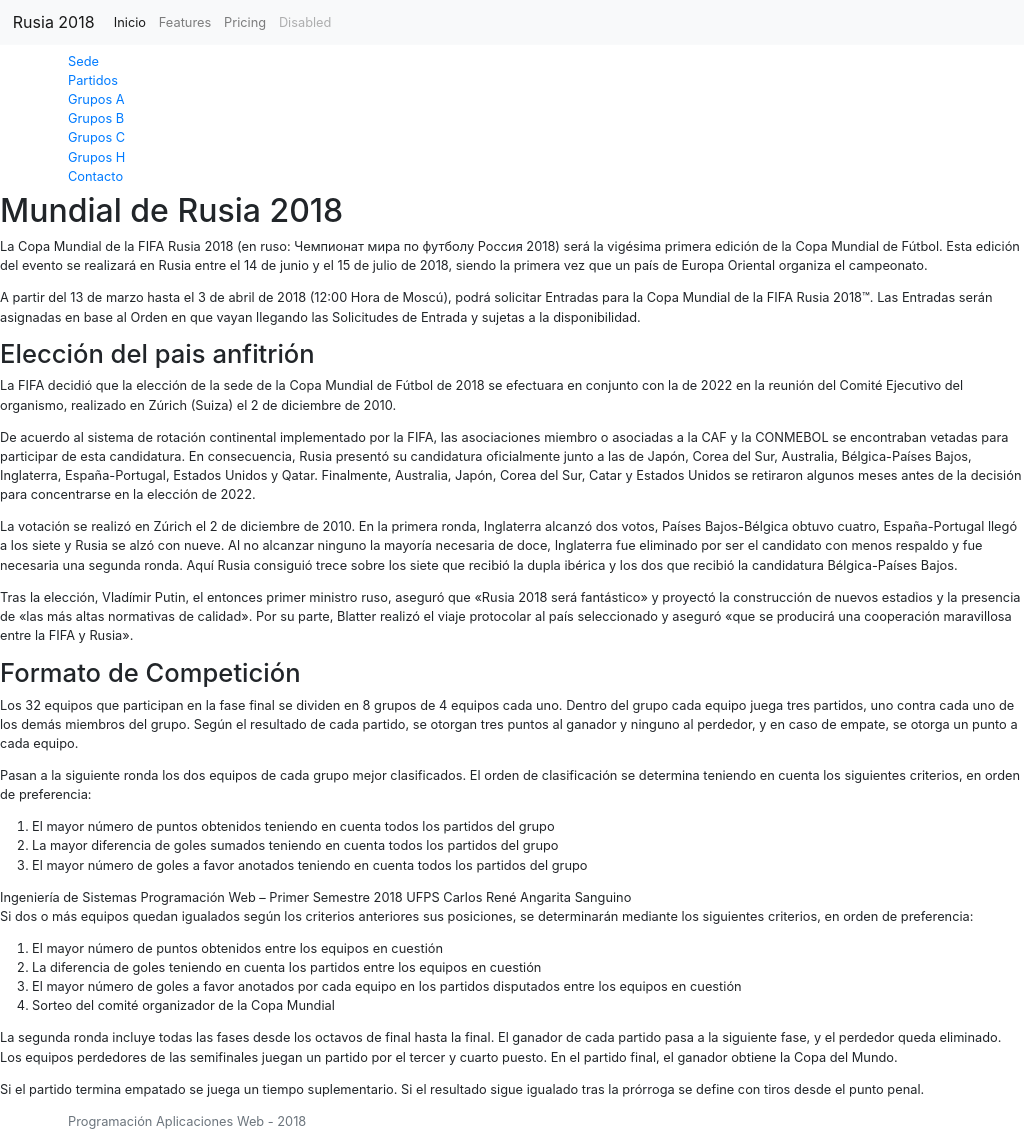
Repository: AndreyRi13/PracticaBootstrap
Page: index.html
These files come from the project's save history. The page is drawn as it stood at one moment and after a run of saves; the edit follows.
The browser window is 1280 px wide. The pictures show the whole page, at 80% of full size.

Above is the page before, as saved 2020-09-24 16:31:52.
Console error (its wording comes from the project's code and is left out).

### index.html
<!DOCTYPE html>
<html lang="en">
<head>
    <meta charset="UTF-8">
    <meta name="viewport" content="width=device-width, initial-scale=1.0">
    <link rel="stylesheet" href="https://stackpath.bootstrapcdn.com/bootstrap/4.5.2/css/bootstrap.min.css" integrity="sha384-JcKb8q3iqJ61gNV9KGb8thSsNjpSL0n8PARn9HuZOnIxN0hoP+VmmDGMN5t9UJ0Z" crossorigin="anonymous">
   <link rel="stylesheet" href="https://stackpath.bootstrapcdn.com/bootstrap/4.5.2/css/bootstrap.min.css" integrity="sha384-JcKb8q3iqJ61gNV9KGb8thSsNjpSL0n8PARn9HuZOnIxN0hoP+VmmDGMN5t9UJ0Z" crossorigin="anonymous">
   <link rel="stylesheet" href="https://stackpath.bootstrapcdn.com/bootstrap/4.5.2/css/bootstrap.min.css" integrity="sha384-JcKb8q3iqJ61gNV9KGb8thSsNjpSL0n8PARn9HuZOnIxN0hoP+VmmDGMN5t9UJ0Z" crossorigin="anonymous">
   <script src="https://stackpath.bootstrapcdn.com/bootstrap/4.5.2/js/bootstrap.min.js" integrity="sha384-B4gt1jrGC7Jh4AgTPSdUtOBvfO8shuf57BaghqFfPlYxofvL8/KUEfYiJOMMV+rV" crossorigin="anonymous"></script>
   <script src="https://code.jquery.com/jquery-3.5.1.slim.min.js" integrity="sha384-DfXdz2htPH0lsSSs5nCTpuj/zy4C+OGpamoFVy38MVBnE+IbbVYUew+OrCXaRkfj" crossorigin="anonymous"></script>
<script src="https://cdn.jsdelivr.net/npm/popper.js@1.16.1/dist/umd/popper.min.js" integrity="sha384-9/reFTGAW83EW2RDu2S0VKaIzap3H66lZH81PoYlFhbGU+6BZp6G7niu735Sk7lN" crossorigin="anonymous"></script>

<script src="https://ajax.googleapis.com/ajax/libs/jquery/1.12.4/jquery.min.js"></script>
<title>Practica Bootstrap</title>
</head>
<body>

    <nav class="navbar navbar-expand-lg navbar-light bg-light">
        <a class="navbar-brand" href="#">Rusia 2018</a>
        <button class="navbar-toggler" type="button" data-toggle="collapse" data-target="#navbarNav" aria-controls="navbarNav" aria-expanded="false" aria-label="Toggle navigation">
          <span class="navbar-toggler-icon"></span>
        </button>
        <div class="collapse navbar-collapse" id="navbarNav">
          <ul class="navbar-nav">
            <li class="nav-item active">
              <a class="nav-link" href="#">Inicio <span class="sr-only">(current)</span></a>
            </li>
            <li class="nav-item">
              <a class="nav-link" href="#">Features</a>
            </li>
            <li class="nav-item">
              <a class="nav-link" href="#">Pricing</a>
            </li>
            <li class="nav-item">
              <a class="nav-link disabled" href="#" tabindex="-1" aria-disabled="true">Disabled</a>
            </li>
          </ul>
        </div>
      </nav>

    <nav class="navbar navbar-default">
        <div class="container">
        <div class="navbar-header">
    <ul class="nav navbar-nav">


        <li class="activate"><a href="#"></a></li>
        <li ><a href="#">Sede</a></li>
        <li ><a href="#">Partidos</a></li>
        <li ><a href="#">Grupos A</a></li>
        <li ><a href="#">Grupos B</a></li>
        <li ><a href="#">Grupos C</a></li>
        <li ><a href="#" class="">Grupos H</a>

            <ul class="dropdown-menu">
                <li><a href="#">Polonia</a></li>
                <li><a href="#">Senegal</a></li>
                <li><a href="#">Colombia</a></li>
                <li><a href="#">Japon</a></li>

            </ul>
        </li>

        <li ><a href="#">Contacto</a></li>
        </ul>
    </ul>
        </div>
        </div>
        </nav>
        <script src="https://ajax.googleapis.com/ajax/libs/jquery/1.12.4/jquery.min.js"></script>

        <div class="page-header">
        <h1>Mundial de Rusia 2018</h1>
        </div>

        <div>
        <p>La Copa Mundial de la FIFA Rusia 2018 (en ruso: Чемпионат мира по футболу Россия
        2018) será la vigésima primera edición de la Copa Mundial de Fútbol. Esta edición del evento se
        realizará en Rusia entre el 14 de junio y el 15 de julio de 2018, siendo la primera vez que un país de
        Europa Oriental organiza el campeonato.</p>
        <p>A partir del 13 de marzo hasta el 3 de abril de 2018 (12:00 Hora de Moscú), podrá solicitar
        Entradas para la Copa Mundial de la FIFA Rusia 2018™. Las Entradas serán asignadas en base al
        Orden en que vayan llegando las Solicitudes de Entrada y sujetas a la disponibilidad.</p>
        <h2>Elección del pais anfitrión</h2>
        <p>La FIFA decidió que la elección de la sede de la Copa Mundial de Fútbol de 2018 se
        efectuara en conjunto con la de 2022 en la reunión del Comité Ejecutivo del organismo, realizado en
        Zúrich (Suiza) el 2 de diciembre de 2010.</p>
        <p>De acuerdo al sistema de rotación continental implementado por la FIFA, las asociaciones
        miembro o asociadas a la CAF y la CONMEBOL se encontraban vetadas para participar de esta
        candidatura. En consecuencia, Rusia presentó su candidatura oficialmente junto a las de Japón, Corea
        del Sur, Australia, Bélgica-Países Bajos, Inglaterra, España-Portugal, Estados Unidos y Qatar.
        Finalmente, Australia, Japón, Corea del Sur, Catar y Estados Unidos se retiraron algunos meses antes
        de la decisión para concentrarse en la elección de 2022.</p>
        <p>La votación se realizó en Zúrich el 2 de diciembre de 2010. En la primera ronda, Inglaterra
        alcanzó dos votos, Países Bajos-Bélgica obtuvo cuatro, España-Portugal llegó a los siete y Rusia se
        alzó con nueve. Al no alcanzar ninguno la mayoría necesaria de doce, Inglaterra fue eliminado por ser
        el candidato con menos respaldo y fue necesaria una segunda ronda. Aquí Rusia consiguió trece
        sobre los siete que recibió la dupla ibérica y los dos que recibió la candidatura Bélgica-Países
        Bajos.</p>
        <p>Tras la elección, Vladímir Putin, el entonces primer ministro ruso, aseguró que «Rusia
        2018 será fantástico» y proyectó la construcción de nuevos estadios y la presencia de «las más altas
        normativas de calidad». Por su parte, Blatter realizó el viaje protocolar al país seleccionado y aseguró
        «que se producirá una cooperación maravillosa entre la FIFA y Rusia».</p>
        <h2>Formato de Competición</h2>
        <p>Los 32 equipos que participan en la fase final se dividen en 8 grupos de 4 equipos cada
        uno. Dentro del grupo cada equipo juega tres partidos, uno contra cada uno de los demás miembros
        del grupo. Según el resultado de cada partido, se otorgan tres puntos al ganador y ninguno al
        perdedor, y en caso de empate, se otorga un punto a cada equipo.</p>
        <p>Pasan a la siguiente ronda los dos equipos de cada grupo mejor clasificados. El orden de
        clasificación se determina teniendo en cuenta los siguientes criterios, en orden de preferencia:</p>
        <ol>
        <li>El mayor número de puntos obtenidos teniendo en cuenta todos los partidos del
        grupo</li>
        <li>La mayor diferencia de goles sumados teniendo en cuenta todos los partidos del
        grupo</li>
        <li>El mayor número de goles a favor anotados teniendo en cuenta todos los partidos
        del grupo</li>
        </ol>
        Ingeniería de Sistemas Programación Web – Primer Semestre 2018
        UFPS
        Carlos René Angarita Sanguino
        <p>Si dos o más equipos quedan igualados según los criterios anteriores sus posiciones, se
        determinarán mediante los siguientes criterios, en orden de preferencia:</p>
        <ol>
        <li>El mayor número de puntos obtenidos entre los equipos en cuestión</li>
        <li>La diferencia de goles teniendo en cuenta los partidos entre los equipos en
        cuestión</li>
        <li>El mayor número de goles a favor anotados por cada equipo en los partidos
        disputados entre los equipos en cuestión</li>
        <li>Sorteo del comité organizador de la Copa Mundial</li>
        </ol>
        <p>La segunda ronda incluye todas las fases desde los octavos de final hasta la final. El
        ganador de cada partido pasa a la siguiente fase, y el perdedor queda eliminado. Los equipos
        perdedores de las semifinales juegan un partido por el tercer y cuarto puesto. En el partido final, el
        ganador obtiene la Copa del Mundo.</p>
        <p>Si el partido termina empatado se juega un tiempo suplementario. Si el resultado sigue
        igualado tras la prórroga se define con tiros desde el punto penal.</p>
        </div>
        <footer class="footer">
            <div class="container">
                <p class="text-muted">Programación Aplicaciones Web - 2018</p>
            </div>
        </footer>
        <script src="https://code.jquery.com/jquery-3.5.1.slim.min.js" integrity="sha384-DfXdz2htPH0lsSSs5nCTpuj/zy4C+OGpamoFVy38MVBnE+IbbVYUew+OrCXaRkfj" crossorigin="anonymous"></script>
        <script src="https://cdn.jsdelivr.net/npm/popper.js@1.16.1/dist/umd/popper.min.js" integrity="sha384-9/reFTGAW83EW2RDu2S0VKaIzap3H66lZH81PoYlFhbGU+6BZp6G7niu735Sk7lN" crossorigin="anonymous"></script>
        <script src="https://stackpath.bootstrapcdn.com/bootstrap/4.5.2/js/bootstrap.min.js" integrity="sha384-B4gt1jrGC7Jh4AgTPSdUtOBvfO8shuf57BaghqFfPlYxofvL8/KUEfYiJOMMV+rV" crossorigin="anonymous"></script>

</body>


</html>

After the next 4 saves:
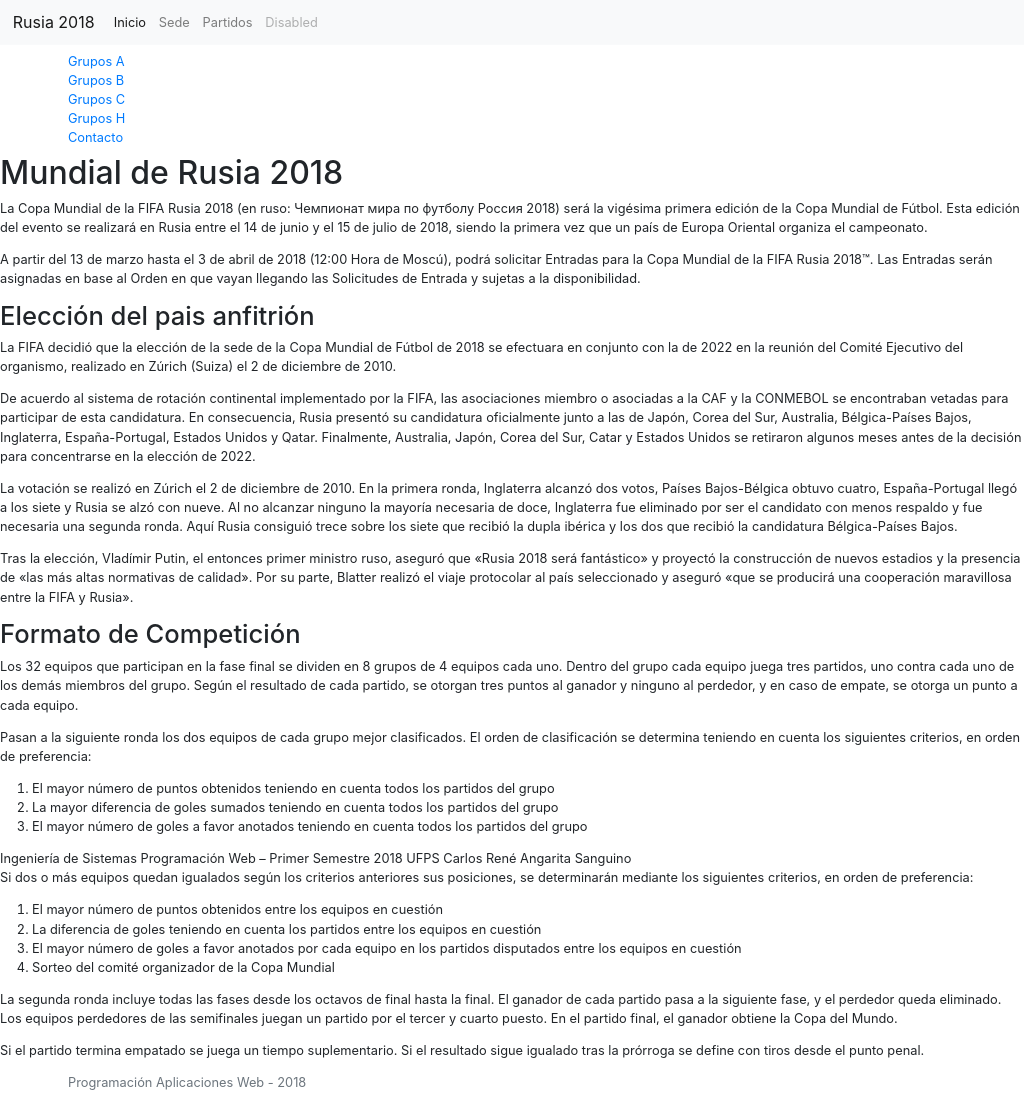
The 4 saves are shown as one change because they came seconds apart.
The last was saved 11 s later.
--- a/index.html
+++ b/index.html
@@ -26,10 +26,10 @@
               <a class="nav-link" href="#">Inicio <span class="sr-only">(current)</span></a>
             </li>
             <li class="nav-item">
-              <a class="nav-link" href="#">Features</a>
+              <a class="nav-link" href="#">Sede</a>
             </li>
             <li class="nav-item">
-              <a class="nav-link" href="#">Pricing</a>
+              <a class="nav-link" href="#">Partidos</a>
             </li>
             <li class="nav-item">
               <a class="nav-link disabled" href="#" tabindex="-1" aria-disabled="true">Disabled</a>
@@ -45,8 +45,8 @@
 
 
         <li class="activate"><a href="#"></a></li>
-        <li ><a href="#">Sede</a></li>
-        <li ><a href="#">Partidos</a></li>
+        <li ><a href="#"></a></li>
+        <li ><a href="#"></a></li>
         <li ><a href="#">Grupos A</a></li>
         <li ><a href="#">Grupos B</a></li>
         <li ><a href="#">Grupos C</a></li>
